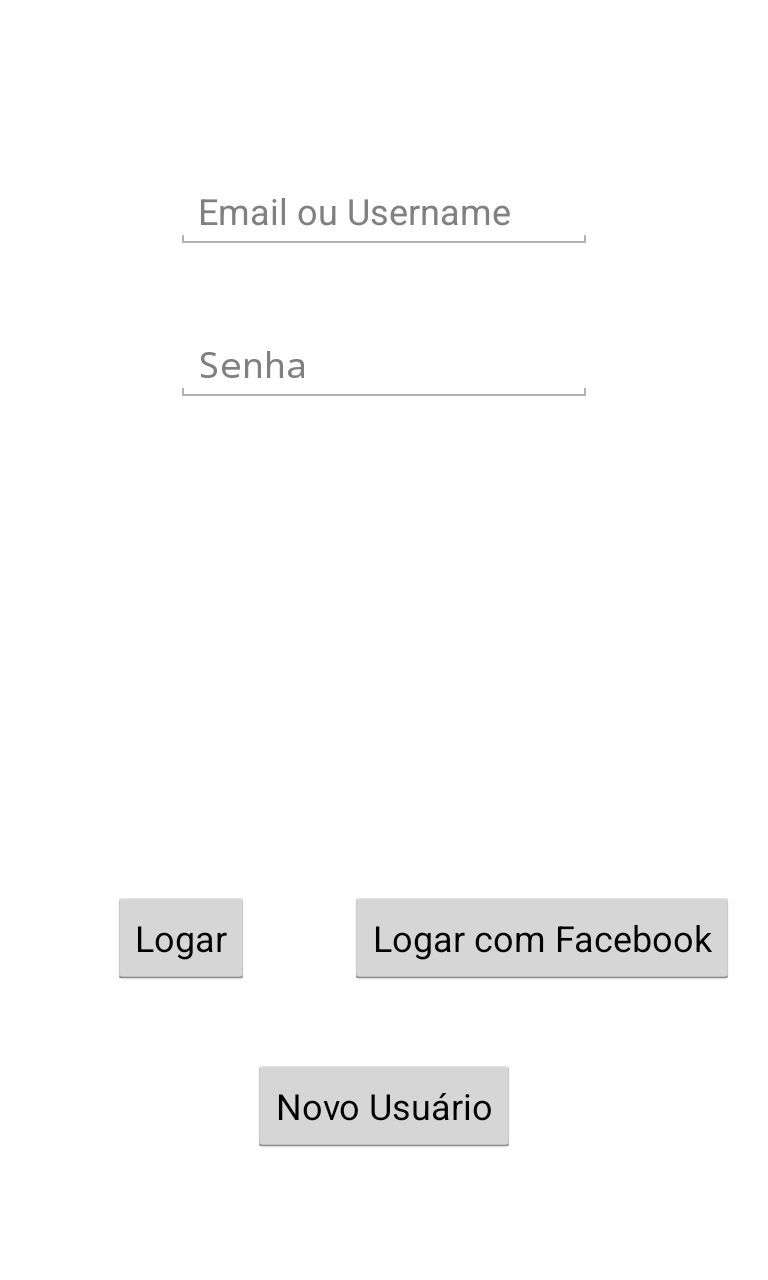
Repository: sergiofffilho/TrocandoIdeias
Layout: workspace/TrocandoIdeias/res/layout/activity_tela_login.xml
These files come from the project's save history. The layout is drawn as it stood at one moment and after the next save; the edit follows.
It is drawn on a 768 x 1280 px phone screen (xhdpi) without system bars, with theme AppTheme; the app's code is not run. The app's manifest (not shown) leaves right-to-left support off. So textAlignment, textDirection and layoutDirection are ignored, and left and right values win over start and end ones.

Above is the layout before, as saved 2015-04-25 15:10:30.

### workspace/TrocandoIdeias/res/layout/activity_tela_login.xml
<RelativeLayout xmlns:android="http://schemas.android.com/apk/res/android"
    xmlns:tools="http://schemas.android.com/tools"
    android:layout_width="match_parent"
    android:layout_height="match_parent"
    android:paddingBottom="@dimen/activity_vertical_margin"
    android:paddingLeft="@dimen/activity_horizontal_margin"
    android:paddingRight="@dimen/activity_horizontal_margin"
    android:paddingTop="@dimen/activity_vertical_margin"
    tools:context="ufc.quixada.trocandoideias.TelaLogin" >

    <EditText
        android:id="@+id/email"
        android:layout_width="wrap_content"
        android:layout_height="wrap_content"
        android:layout_alignParentTop="true"
        android:layout_centerHorizontal="true"
        android:layout_marginTop="70dp"
        android:ems="10"
        android:hint="@string/username" />

    <EditText
        android:id="@+id/senha"
        android:layout_width="wrap_content"
        android:layout_height="wrap_content"
        android:layout_below="@+id/email"
        android:layout_centerHorizontal="true"
        android:layout_marginTop="37dp"
        android:ems="10"
        android:hint="@string/senha"
        android:inputType="textPassword" />

    <Button
        android:id="@+id/login"
        android:layout_width="wrap_content"
        android:layout_height="wrap_content"
        android:layout_above="@+id/cadastro"
        android:layout_marginBottom="36dp"
        android:layout_toStartOf="@+id/cadastro"
        android:text="@string/logar" />

    <Button
        android:id="@+id/loginFacebook"
        android:layout_width="wrap_content"
        android:layout_height="wrap_content"
        android:layout_alignBaseline="@+id/login"
        android:layout_alignBottom="@+id/login"
        android:layout_alignParentEnd="true"
        android:text="@string/facebook" />

    <Button
        android:id="@+id/cadastro"
        android:layout_width="wrap_content"
        android:layout_height="wrap_content"
        android:layout_alignParentBottom="true"
        android:layout_centerHorizontal="true"
        android:layout_marginBottom="47dp"
        android:text="@string/cadastrar" />

</RelativeLayout>

### workspace/TrocandoIdeias/res/values/strings.xml
<?xml version="1.0" encoding="utf-8"?>
<resources>

    <string name="app_name">TrocandoIdeias</string>
    <string name="hello_world">Hello world!</string>
    <string name="action_settings">Settings</string>
    <string name="username">Email ou Username</string>
    <string name="senha">Senha</string>
    <string name="logar">Logar</string>
    <string name="cadastrar">Novo Usuário</string>
    <string name="facebook">Logar com Facebook</string>
    <string name="title_activity_cadastro">Cadastro</string>

</resources>

Loaded but not shown: workspace/TrocandoIdeias/res/values/styles.xml (common file); workspace/TrocandoIdeias/res/values-v11/styles.xml (common file); workspace/TrocandoIdeias/res/values-v14/styles.xml (common file); workspace/TrocandoIdeias/res/values/dimens.xml (common file); workspace/TrocandoIdeias/res/values-w820dp/dimens.xml (common file)

After the next save:
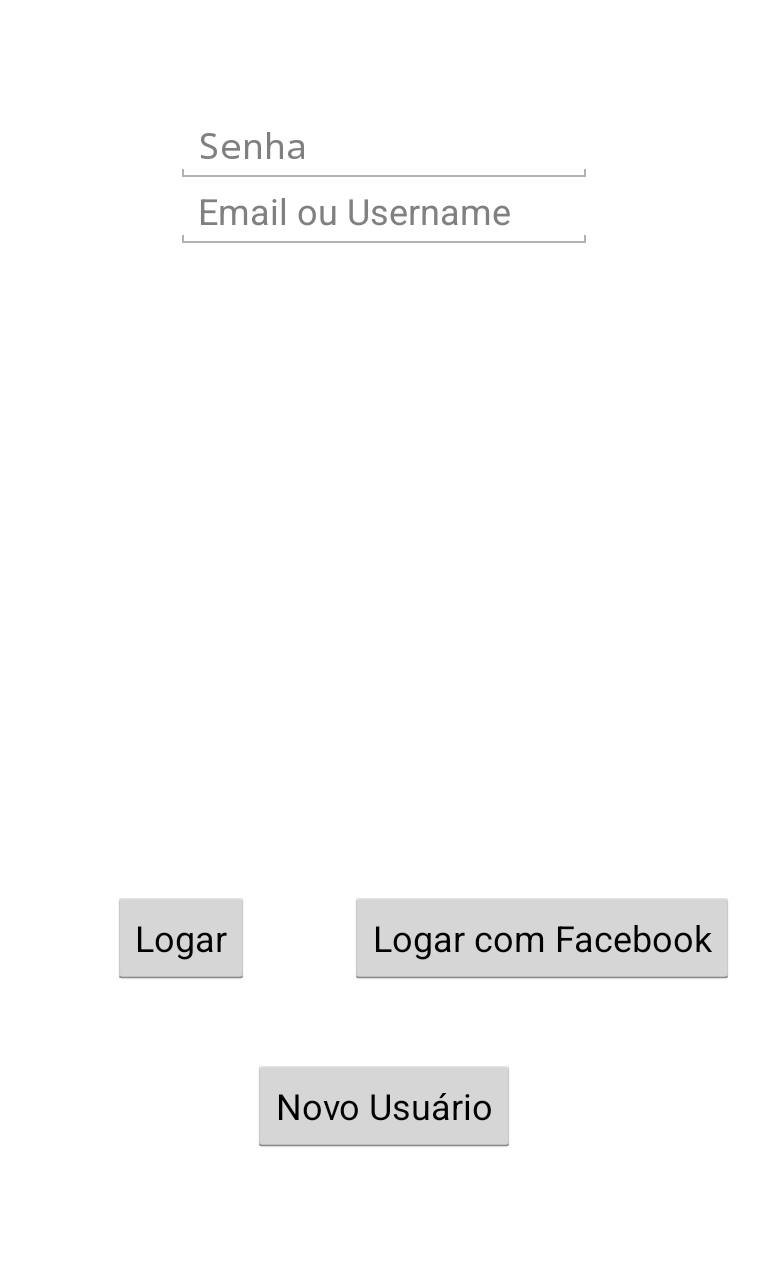
Saved 43 s later.
--- a/workspace/TrocandoIdeias/res/layout/activity_tela_login.xml
+++ b/workspace/TrocandoIdeias/res/layout/activity_tela_login.xml
@@ -9,7 +9,7 @@
     tools:context="ufc.quixada.trocandoideias.TelaLogin" >
 
     <EditText
-        android:id="@+id/email"
+        android:id="@+id/username"
         android:layout_width="wrap_content"
         android:layout_height="wrap_content"
         android:layout_alignParentTop="true"

After the save that followed:
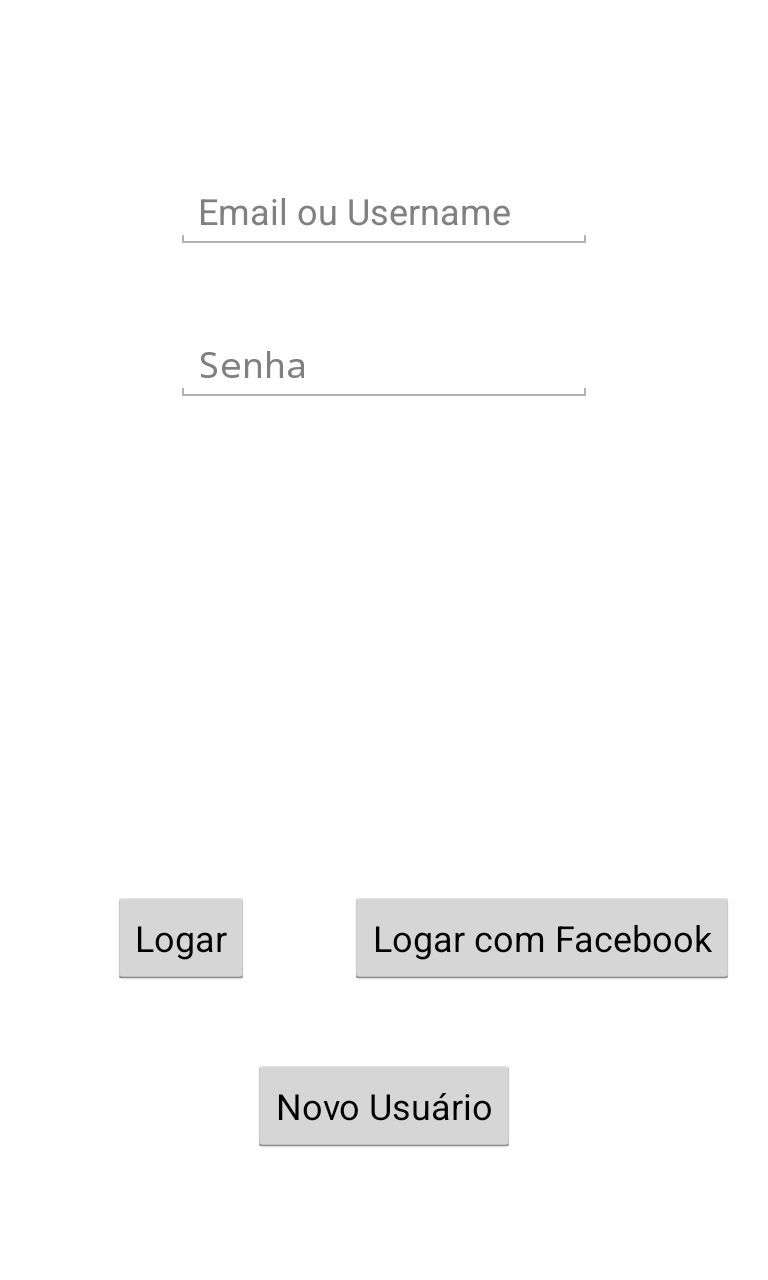
Saved 10 s later.
--- a/workspace/TrocandoIdeias/res/layout/activity_tela_login.xml
+++ b/workspace/TrocandoIdeias/res/layout/activity_tela_login.xml
@@ -22,7 +22,7 @@
         android:id="@+id/senha"
         android:layout_width="wrap_content"
         android:layout_height="wrap_content"
-        android:layout_below="@+id/email"
+        android:layout_below="@+id/username"
         android:layout_centerHorizontal="true"
         android:layout_marginTop="37dp"
         android:ems="10"
